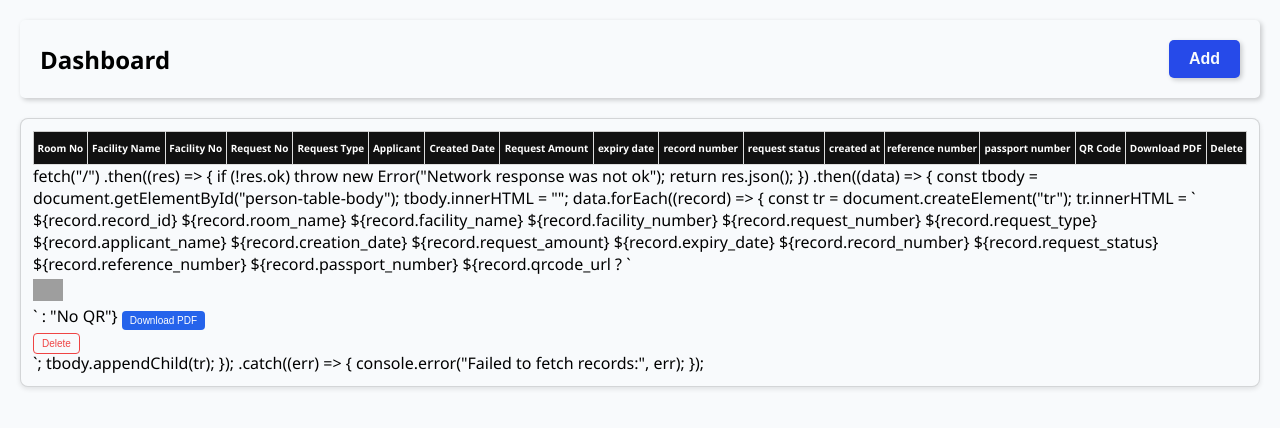
Repository: irfan-shah-sherani/Travel-Tour
Page: public/index.html
An editor plug-in stored every save of this project. The page is shown before and after the next save, followed by the edit.
The browser window is 1280 px wide. The pictures show the whole page.
Pictures or frames that could not be fetched are drawn as grey boxes.

Above is the page before, as saved 2025-07-11 12:26:12.

After the next save:
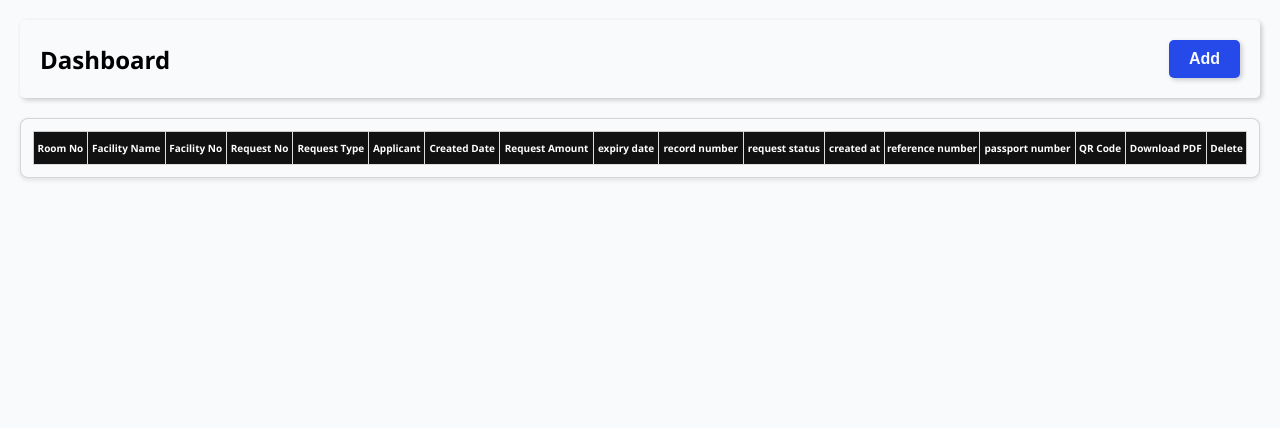
Console error: SyntaxError: Unexpected token '.'
Saved 4 s later.
--- a/public/index.html
+++ b/public/index.html
@@ -56,7 +56,7 @@
             <!-- JS will populate this -->
           </tbody>
         </table>
-<script></script>
+<script>
         <!-- ✅ Place script here -->
         fetch("/")
         .then((res) => {
